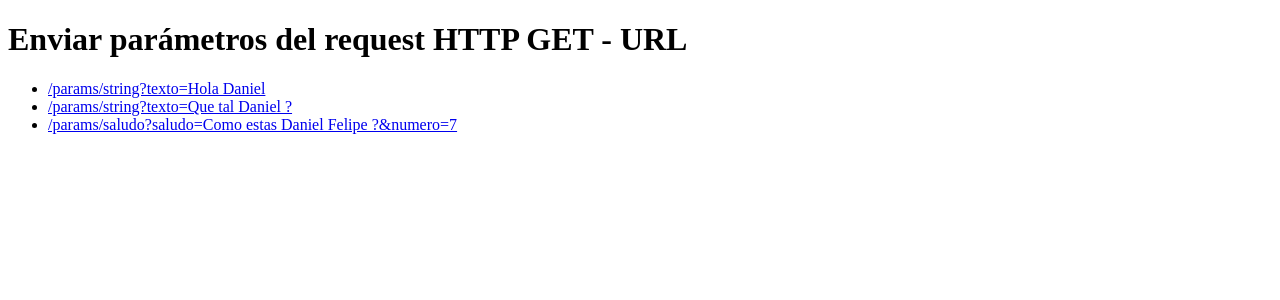
Repository: danielmedinam03/-Spring-Framework-5-Spring-Boot-2
Page: http://localhost/params/index
These files come from the project's save history. The page is drawn as it stood at one moment and after the next save; the edit follows.
The browser window is 1280 px wide. The pictures show the whole page.
The page is this project's Thymeleaf template; nobody is signed in. The template is opened directly, without the code that normally fills it, so the values that code supplies are empty.

Above is the page before, as saved 2022-09-22 03:26:13.

### spring-boot-web/src/main/resources/templates/params/index.html
<!DOCTYPE html>
<html xmlns:th="http://www.thymeleaf.org">
<head>
<meta charset="UTF-8"/>
<title>Enviar parámetros del request HTTP GET - URL </title>
</head>
<body>

	<h1>Enviar parámetros del request HTTP GET - URL </h1>
	<ul>
		<li>
			<a th:href="@{/params/string(texto='Hola Daniel')}">/params/string?texto=Hola Daniel</a>
		</li>
		<li>
			<a th:href="@{/params/string(texto='Que tal Daniel ?')}">/params/string?texto=Que tal Daniel ?</a>
		</li>
		<li>
			<a th:href="@{/params/mix-params(saludo='Como estas Daniel Felipe ?', numero = 03)}">/params/saludo?saludo=Como estas Daniel Felipe ?&numero=7</a>
		</li>
	</ul>

</body>
</html>

After the next save:
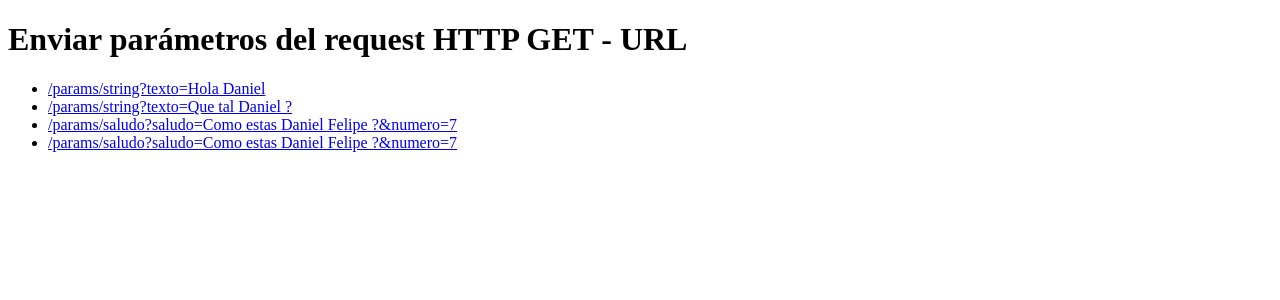
Saved 5 min 13 s later.
--- a/spring-boot-web/src/main/resources/templates/params/index.html
+++ b/spring-boot-web/src/main/resources/templates/params/index.html
@@ -17,6 +17,9 @@
 		<li>
 			<a th:href="@{/params/mix-params(saludo='Como estas Daniel Felipe ?', numero = 03)}">/params/saludo?saludo=Como estas Daniel Felipe ?&numero=7</a>
 		</li>
+		<li>
+			<a th:href="@{/params/mix-params-request(saludo='Como estas Felipe Moreno ?', numero = 06)}">/params/saludo?saludo=Como estas Daniel Felipe ?&numero=7</a>
+		</li>
 	</ul>
 
 </body>
